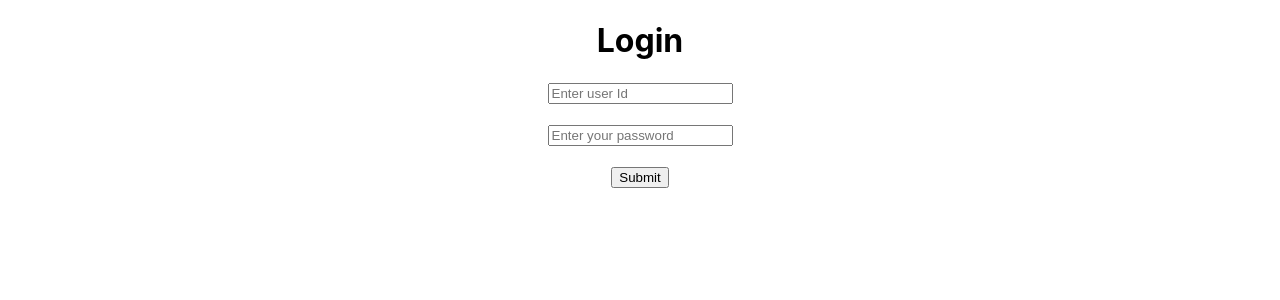
Repository: ShahbazGurmani/react-practice
Page: /
These files come from the project's save history. The page is drawn as it stood at one moment and after the next save; the edit follows.
The browser window is 1280 px wide. The pictures show the whole page.
The project was rebuilt for these pictures with package versions that can differ from the ones it lists, and the page was loaded fresh each time. Also part of the build but not shown: src/User.js, src/Student.js, src/Profile.js, src/Records.js.

Above is the page before, as saved 2023-08-23 03:35:34.

### src/index.js
import React from 'react';
import ReactDOM from 'react-dom/client';
import './index.css';
import App from './App';
import Records from './Records';
import reportWebVitals from './reportWebVitals';

const root = ReactDOM.createRoot(document.getElementById('root'));
root.render(
  <React.StrictMode>
  <App/>
  </React.StrictMode>
);

// If you want to start measuring performance in your app, pass a function
// to log results (for example: reportWebVitals(console.log))
// or send to an analytics endpoint. Learn more: https://bit.ly/CRA-vitals
reportWebVitals();

### src/App.js
import logo from './logo.svg';
import React ,{useState} from 'react';
import './App.css';
import  './User';
import Student from './Student';
import Profile from './Profile';
import Login from './Login';


function App() {

  // const [name,setName] = useState(0);
  // const[value,setValue] = useState(null);
  // const[status,setStatus] = useState(true);

  //simple function

  // function apple()
  // {
  //   setName(name+1)
  // }

  // function getValue(val)
  // {
  //   console.log(val.target.value);
  //   setValue(val.target.value);
  // }
//form data submit work onit:..............................................................................
  // const [name,setName] = useState("");
  // const [interest,setInterest] = useState("");
  // const [tnc,setTnc] = useState(false);


  // function getFormData(event)
  // {
  //     console.warn(name,interest,tnc);
  //     event.preventDefault();
  // }


  return (
    <div className="App">
      {/* <h1>{name}</h1> */}
      {/* <button onClick={apple}>
        click me
      </button> */}
      {/* with the help of arrow function() */}
      {/* <button onClick={()=>{apple()}}>
        click me
      </button>
      <Student name={name} email={"shahbaz@gmail.com"} />
      <button onClick={()=>{setName("shahbaz")}}>
        update name
      </button> */}

      {/* get input value from box */}
      {/* <h2>{value}</h2>
      <input type='text' onChange={getValue}></input> */}


      {/* {
        status?<h1>hello world</h1>:null
      } */}
      {/* <button onClick={setStatus(false)}>Hide</button>
      <button onClick={setStatus(true)}>Show</button> */}

      {/* <h1>Handle from in react</h1>
       <form onSubmit={getFormData}>
          <input type='text' placeholder='enter your name:' onChange={(e)=>{setName(e.target.value)}}/><br/> <br/>
          <select onChange={(e)=>{setInterest(e.target.value)}}>
                <option>Select anyone option</option>
                <option>Mravel</option>
                <option>BC</option>
          </select><br/> <br/>
          <input type='checkbox' onChange={(e)=>{setTnc(e.target.checked)}} /><span>Accept terms and conditions</span><br/> <br/>
          <button type='submit'>Submit</button>
       </form> */}
      {/* <Profile/> */}
      <Login/>

    </div>

  );
}

export default App;

### src/Login.js
import { useState } from "react";

function Login()
{
    const [id,setId] = useState("");
    const [password,setPassword] = useState("");

    function handleData(e)
    {
        e.preventDefault();
    }

    // validation empliment
    function userIdHandle(e)
    {
        let item = e.target.value;
       if(item.length<3)
       {
         console.warn("invalid")
       }
       console.warn(e.target.value.length)
    }


    return(
        <div>
            <h1>Login</h1>
            {/* //form validation apply; */}
            <form onSubmit={handleData}>
                <input type="text" placeholder="Enter user Id" onChange={userIdHandle} /><br/><br/>
                <input type="text" placeholder="Enter your password" onChange={(e)=>{setPassword(e.target.value)}} /><br/><br/>
                <button type="submit">Submit</button>

            </form>
        </div>
    )
}

export default Login;

Loaded but not shown: public/index.html (common file); src/index.css (common file); src/reportWebVitals.js (common file); src/App.css (common file)

After the next save:
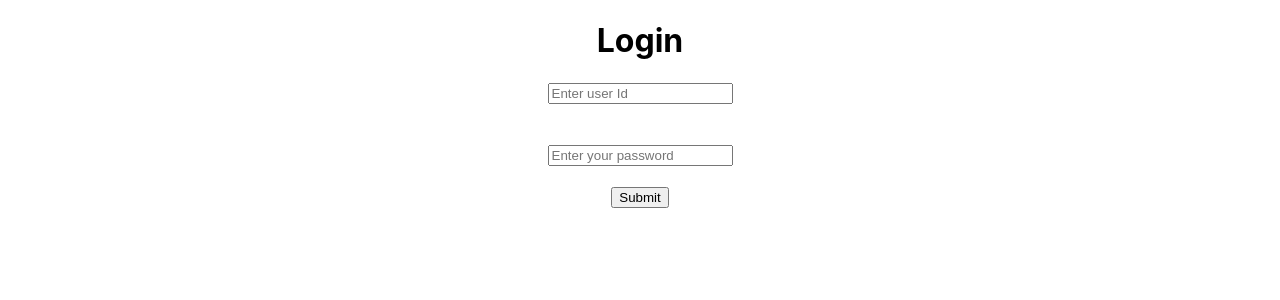
Saved 5 min 10 s later.
--- a/src/Login.js
+++ b/src/Login.js
@@ -4,9 +4,11 @@ function Login()
 {
     const [id,setId] = useState("");
     const [password,setPassword] = useState("");
+    const [iderr,setIderr] = useState(false)
 
     function handleData(e)
     {
+        setIderr(true);
         e.preventDefault();
     }
 
@@ -27,7 +29,7 @@ function Login()
             <h1>Login</h1>
             {/* //form validation apply; */}
             <form onSubmit={handleData}>
-                <input type="text" placeholder="Enter user Id" onChange={userIdHandle} /><br/><br/>
+                <input type="text" placeholder="Enter user Id" onChange={userIdHandle} /><br/>{iderr?<span>User Id not valid</span>:''} <br/><br/>
                 <input type="text" placeholder="Enter your password" onChange={(e)=>{setPassword(e.target.value)}} /><br/><br/>
                 <button type="submit">Submit</button>
 
